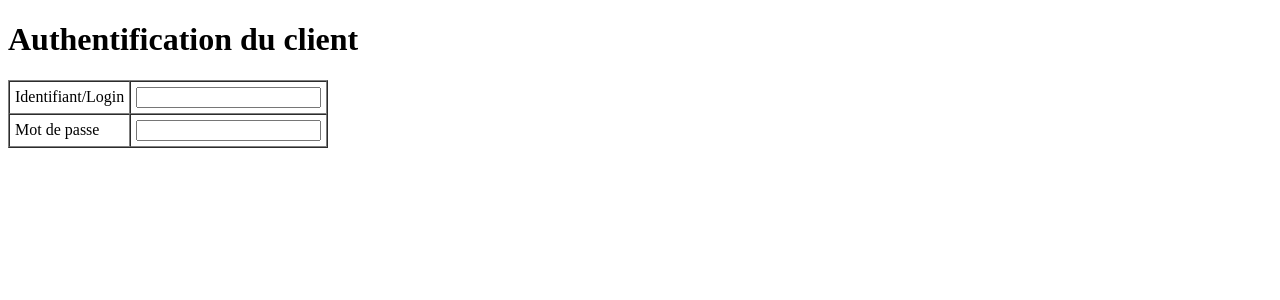
Repository: MarieVeltri/JEE
Page: HelloWorld/src/main/webapp/authentication.html
An editor plug-in stored every save of this project. The page is shown before and after the next save, followed by the edit.
The browser window is 1280 px wide. The pictures show the whole page.

Above is the page before, as saved 2024-10-14 10:07:57.

### HelloWorld/src/main/webapp/authentication.html
<!DOCTYPE html>
<html>
<head>
    <meta charset="UTF-8">
    <title>Authentification</title>
</head>
<body>
    <h1>Authentification du client</h1>
    <form action="clientAuthentication" method="POST">
        <table border="1" cellspacing="0" cellpadding="5">
            <tr>
                <td>Identifiant/Login</td>
                <td>
                    <input type="text"
                           name="username"
                           id="username"
                           value=""
                           size="20"/>
                </td>
            </tr>
            <tr>
                <td>Mot de passe</td>
                <td>
                    <input type="password"
                           name="password"
                           id="password"
                           value=""
                           size="20"/>
                </td>
            </tr>
        </table>
    </form>
</body>
</html>

After the next save:
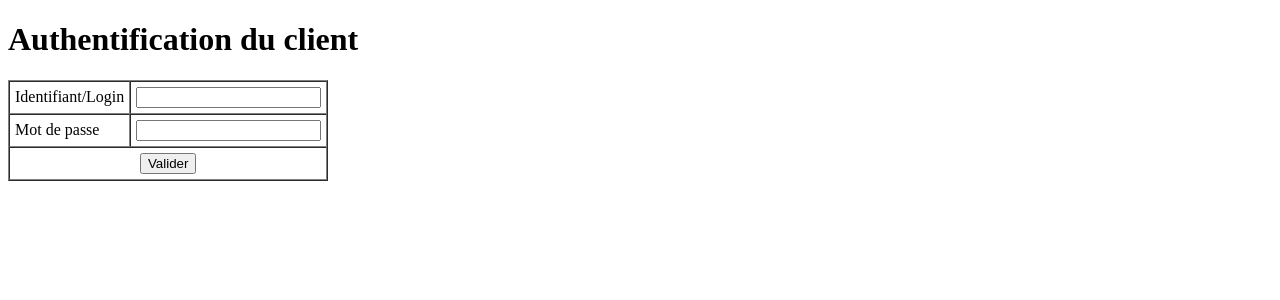
Saved 89 s later.
--- a/HelloWorld/src/main/webapp/authentication.html
+++ b/HelloWorld/src/main/webapp/authentication.html
@@ -28,6 +28,11 @@
                            size="20"/>
                 </td>
             </tr>
+            <tr>
+            	<td colspan="2" align="center">
+            	<input type="submit"
+  						value="Valider"/>
+            </tr>
         </table>
     </form>
 </body>
